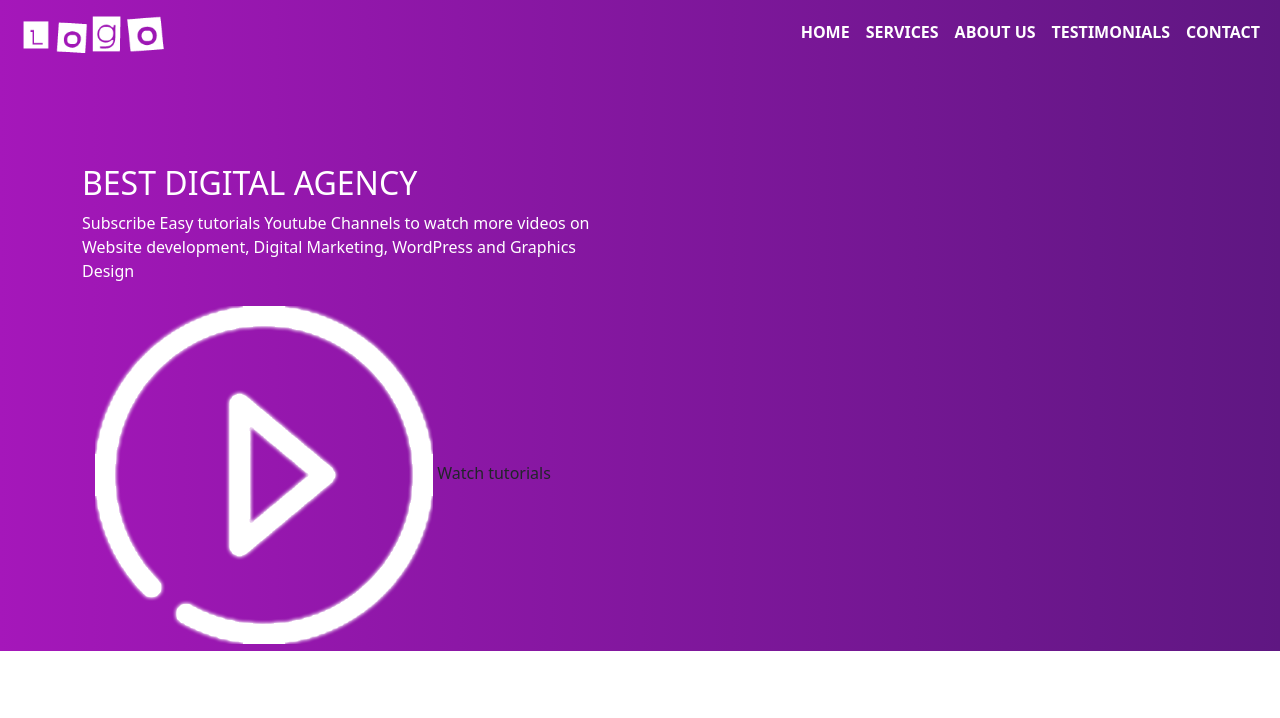
Repository: wadelfadill/Bootstrap_tache_2_website_design
Page: index.html
An editor plug-in stored every save of this project. The page is shown before and after the next save, followed by the edit.
The browser window is 1280 px wide. The pictures show the whole page.
Some web libraries are served in a nearby version.

Above is the page before, as saved 2023-04-05 15:57:04.

After the next save:
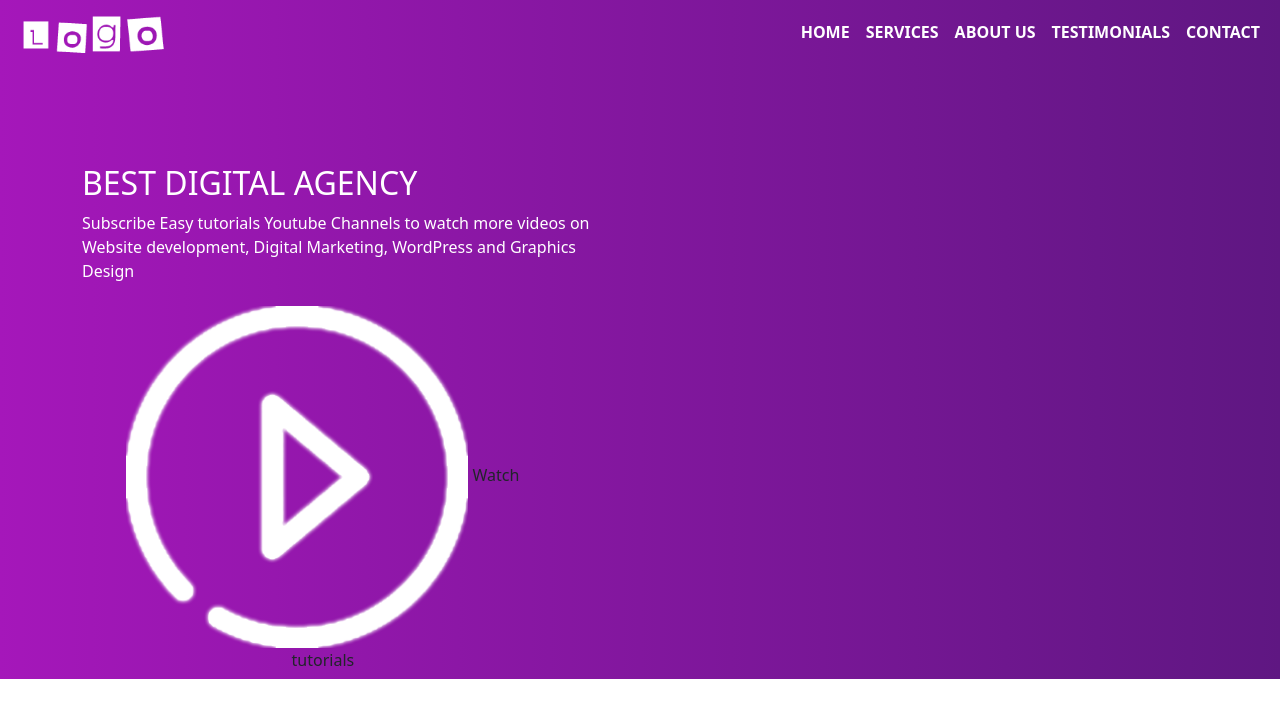
Saved 76 s later.
--- a/index.html
+++ b/index.html
@@ -53,7 +53,7 @@
               Subscribe Easy tutorials Youtube Channels to watch more videos on
               Website development, Digital Marketing, WordPress and Graphics Design
             </p>
-            <a href="" class="btn"><img src="images/play.png" alt=""> Watch tutorials</a>
+            <a href="" class="btn"><img src="images/play.png" alt="" class="w-75"> Watch tutorials</a>
           </div>
         </div>
       </div>
